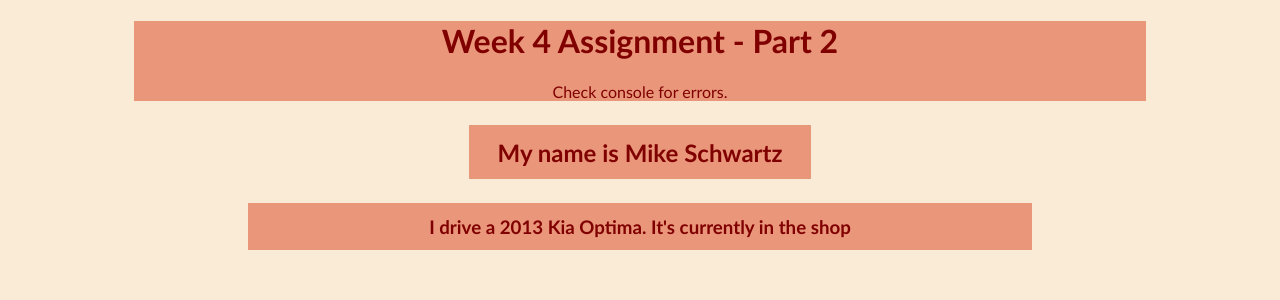
Repository: Ellusionism/prime-pw-week-4-assignment-part-2
Page: assignment/index.html
The author's editor kept a copy of each file at every save. The page is drawn from the files as they stood at one save, then again after the next save.
The browser window is 1280 px wide. The pictures show the whole page.

Above is the page before, as saved 2022-11-16 18:06:42.

After the next save:
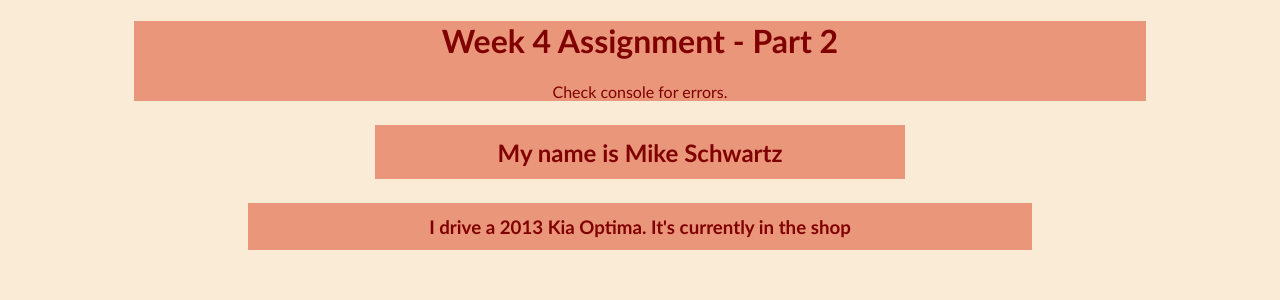
Saved 4 s later.
--- a/assignment/stylesheet.css
+++ b/assignment/stylesheet.css
@@ -22,7 +22,7 @@ body {
 }
 
 .nameInfo {
- width: 25%;
+ width: 40%;
 }
 
 .carInfo {
